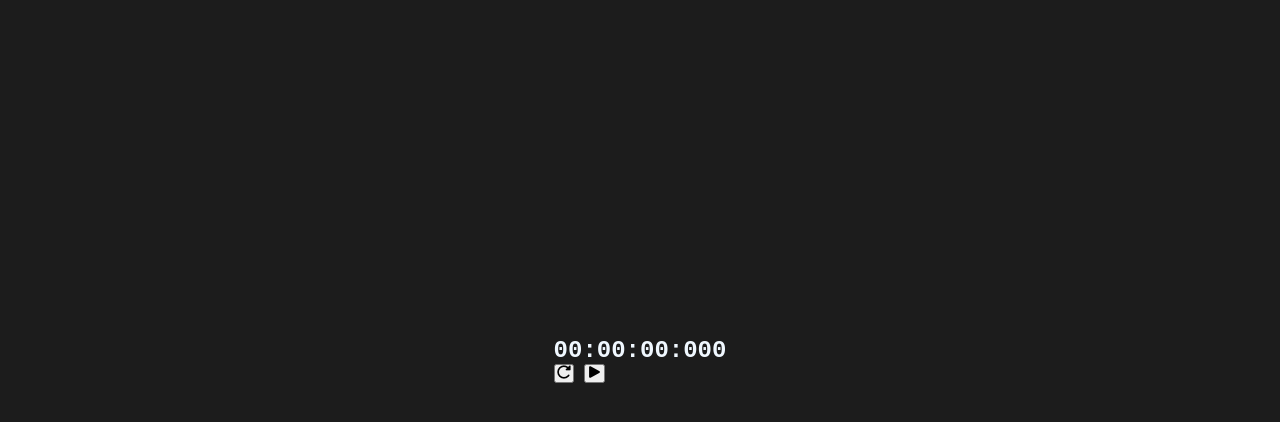
Repository: ValdemarCaculo/TEMPORIZADOR
Page: index.html
An editor plug-in stored every save of this project. The page is shown before and after the next save, followed by the edit.
The browser window is 1280 px wide. The pictures show the whole page.
Some web libraries are served in a nearby version.

Above is the page before, as saved 2025-12-06 14:22:50.

After the next save:
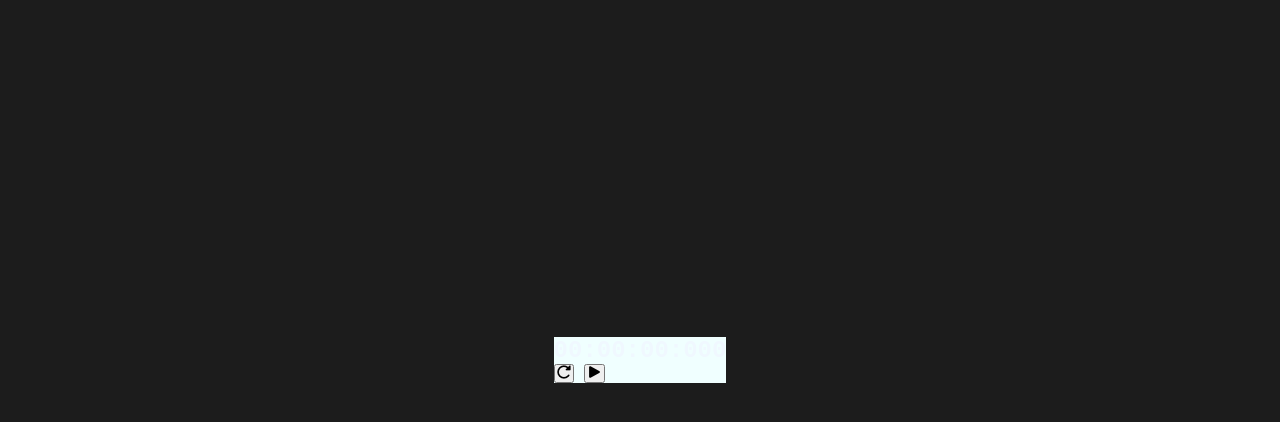
Saved 4 s later.
--- a/CSS/style.css
+++ b/CSS/style.css
@@ -15,5 +15,5 @@ body {
 
 }
 .contador{
-    background-color: ;
+    background-color: azure;
 }
